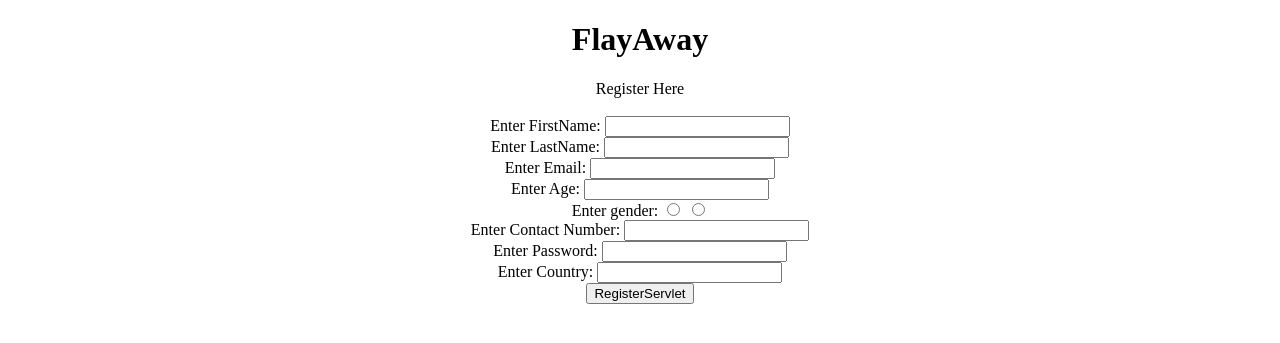
Repository: KartikMuchakandimath/Flyaway
Page: http://localhost/FlayAway/
An editor plug-in stored every save of this project. The page is shown before and after the next save, followed by the edit.
The browser window is 1280 px wide. The pictures show the whole page.
The page is served by Tomcat 9.

Above is the page before, as saved 2022-04-21 10:45:31.

After the next save:
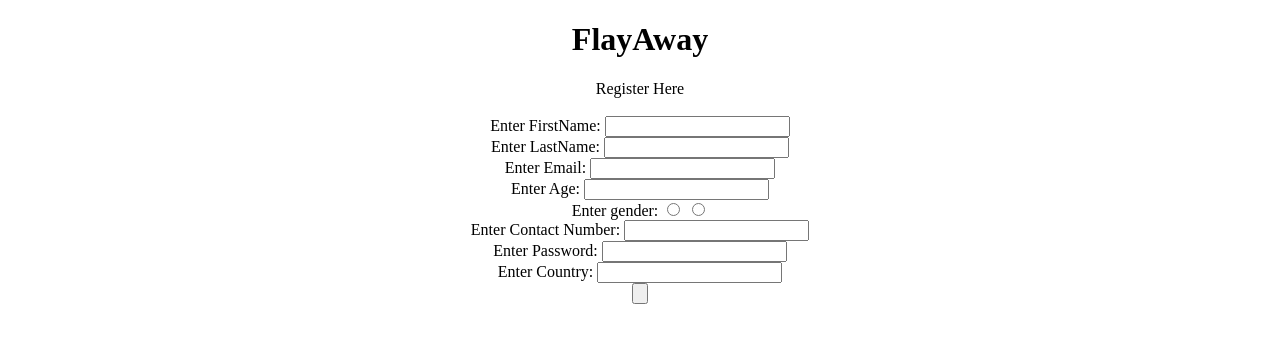
Saved 45 s later.
--- a/FlayAway/src/main/webapp/Registration.jsp
+++ b/FlayAway/src/main/webapp/Registration.jsp
@@ -27,7 +27,7 @@ Enter gender: <input type="radio"  name="gender" value="male" required="required
 Enter Contact Number: <input type=" number"  name="contact" required="required"><br>
 Enter Password: <input type=" password"  name="password" required="required"><br>
 Enter Country: <input type="text"  name="country" required="required"><br>
-<input type="button" name="submit" value="RegisterServlet">
+<input type="button" name="submit" >
 </form>
 
 </div>
